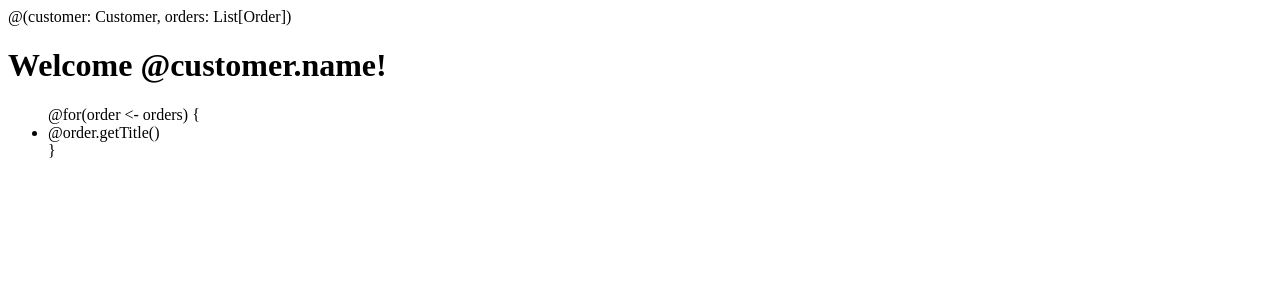
Repository: alex-ren/learn_typesafe_reactive
Page: play-java/app/views/helloworld.scala.html
An editor plug-in stored every save of this project. The page is shown before and after the next save, followed by the edit.
The browser window is 1280 px wide. The pictures show the whole page.

Above is the page before, as saved 2014-11-08 21:39:53.

### play-java/app/views/helloworld.scala.html
@(customer: Customer, orders: List[Order])

<h1>Welcome @customer.name!</h1>

<ul>
@for(order <- orders) {
  <li>@order.getTitle()</li>
}
</ul>

After the next save:
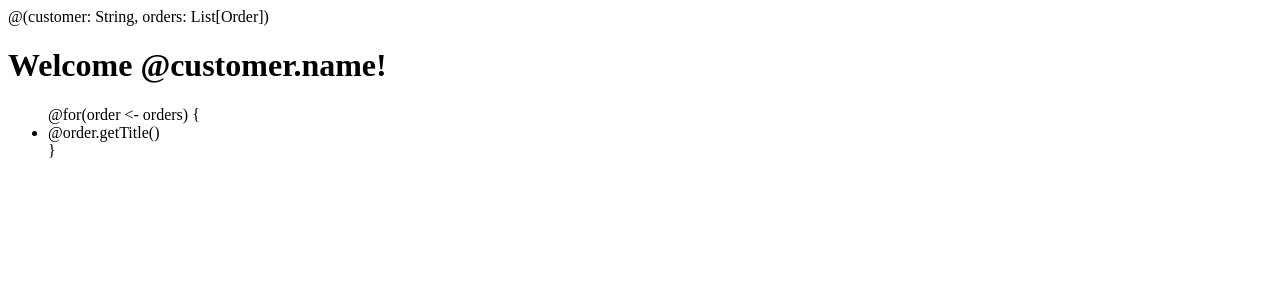
Saved 2 min 13 s later.
--- a/play-java/app/views/helloworld.scala.html
+++ b/play-java/app/views/helloworld.scala.html
@@ -1,4 +1,4 @@
-@(customer: Customer, orders: List[Order])
+@(customer: String, orders: List[Order])
 
 <h1>Welcome @customer.name!</h1>
 
